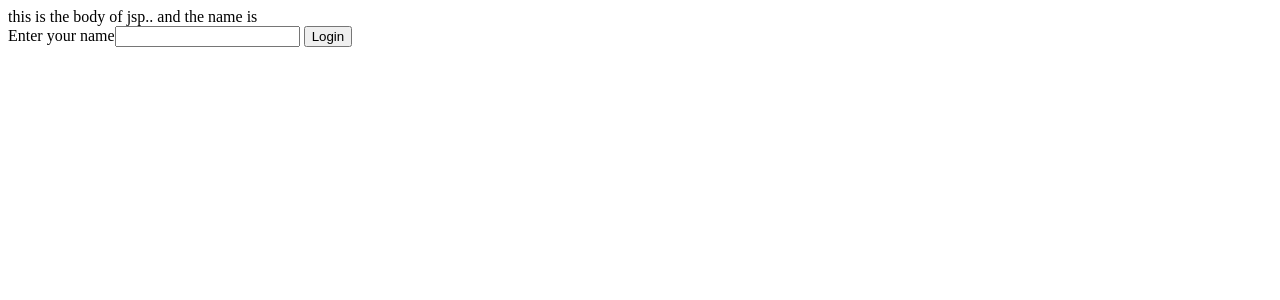
Repository: Archie97/Spring-mvc
Page: http://localhost/first-web-application/
The author's editor kept a copy of each file at every save. The page is drawn from the files as they stood at one save, then again after the next save.
The browser window is 1280 px wide. The pictures show the whole page.
The page is served by Tomcat 9. Other server files are loaded and not shown.

Above is the page before, as saved 2018-10-27 09:12:20.

### first-web-application/src/main/webapp/WEB-INF/views/login.jsp
<%@ page language="java" contentType="text/html; charset=ISO-8859-1"
    pageEncoding="ISO-8859-1"%>
<!DOCTYPE html >
<html>
<head>
<meta http-equiv="Content-Type" content="text/html; charset=ISO-8859-1">
<title>BLOODY hell coming from jsp.....</title>
</head>
<body>
this is the body of jsp.. and the name is ${name}
<form action="/login.do" method="post">
Enter your name<input type="text" name="name"/> <input type="submit" value="Login"/>
</form>
</body>
</html>

### first-web-application/src/main/java/com/in28minutes/jee/LoginServlet.java
package com.in28minutes;

import java.io.IOException;
import java.io.PrintWriter;
import javax.servlet.ServletException;
import javax.servlet.annotation.WebServlet;
import javax.servlet.http.HttpServlet;
import javax.servlet.http.HttpServletRequest;
import javax.servlet.http.HttpServletResponse;
@WebServlet(urlPatterns= "/login.do")
public class LoginServlet extends HttpServlet{

	protected void doGet(HttpServletRequest request,
			HttpServletResponse response)throws ServletException, IOException{
		String name=request.getParameter("name");
		request.setAttribute("name", name);
		request.getRequestDispatcher("WEB-INF/views/login.jsp").forward(request, response);
	}
	protected void doPost(HttpServletRequest request,
			HttpServletResponse response)throws ServletException, IOException{
		String name=request.getParameter("name");
		request.setAttribute("name", name);
		request.getRequestDispatcher("WEB-INF/views/welcome.jsp").forward(request, response);
	}

}

After the next save:
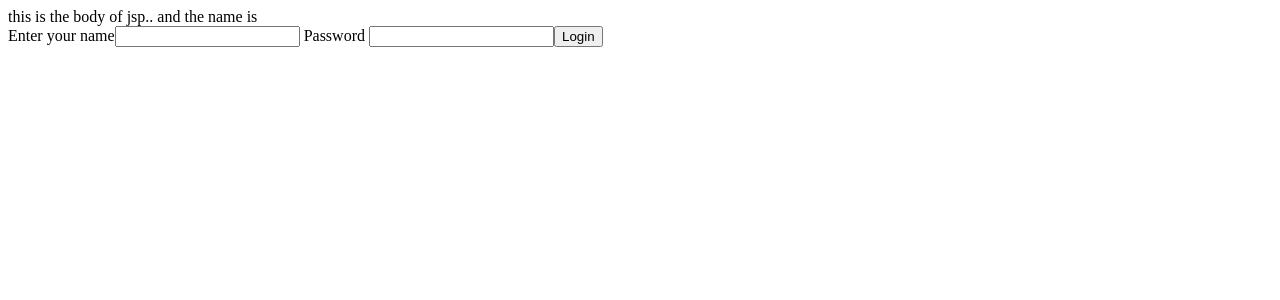
Saved 69 s later.
--- a/first-web-application/src/main/webapp/WEB-INF/views/login.jsp
+++ b/first-web-application/src/main/webapp/WEB-INF/views/login.jsp
@@ -9,7 +9,7 @@
 <body>
 this is the body of jsp.. and the name is ${name}
 <form action="/login.do" method="post">
-Enter your name<input type="text" name="name"/> <input type="submit" value="Login"/>
+Enter your name<input type="text" name="name"/> Password <input type="password" name="password"/><input type="submit" value="Login"/>
 </form>
 </body>
 </html>
